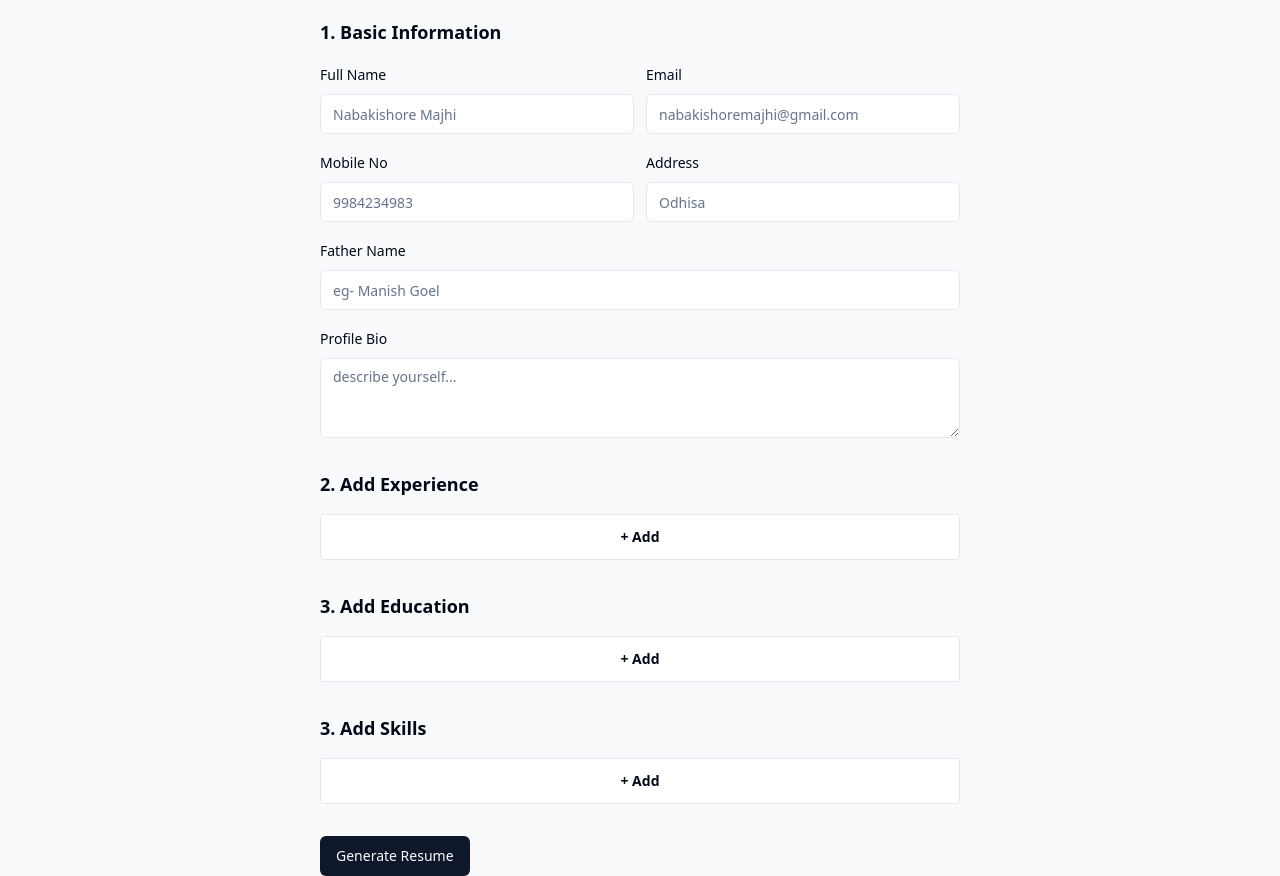
Repository: nickgoel31/resume-maker
Page: /create-resume
The author's editor kept a copy of each file at every save. The page is drawn from the files as they stood at one save, then again after a run of saves.
The browser window is 1280 px wide. The pictures show the whole page.
The project was rebuilt for these pictures with package versions that can differ from the ones it lists, and the page was loaded fresh each time. The framework's server and built-in components were replaced by stand-ins that run in the browser. Also part of the build but not shown: next.config.mjs, helpers/conver.ts, actions/generate-resume-pdf.ts.

Above is the page before, as saved 2024-03-19 20:12:31.

After the next 2 saves:
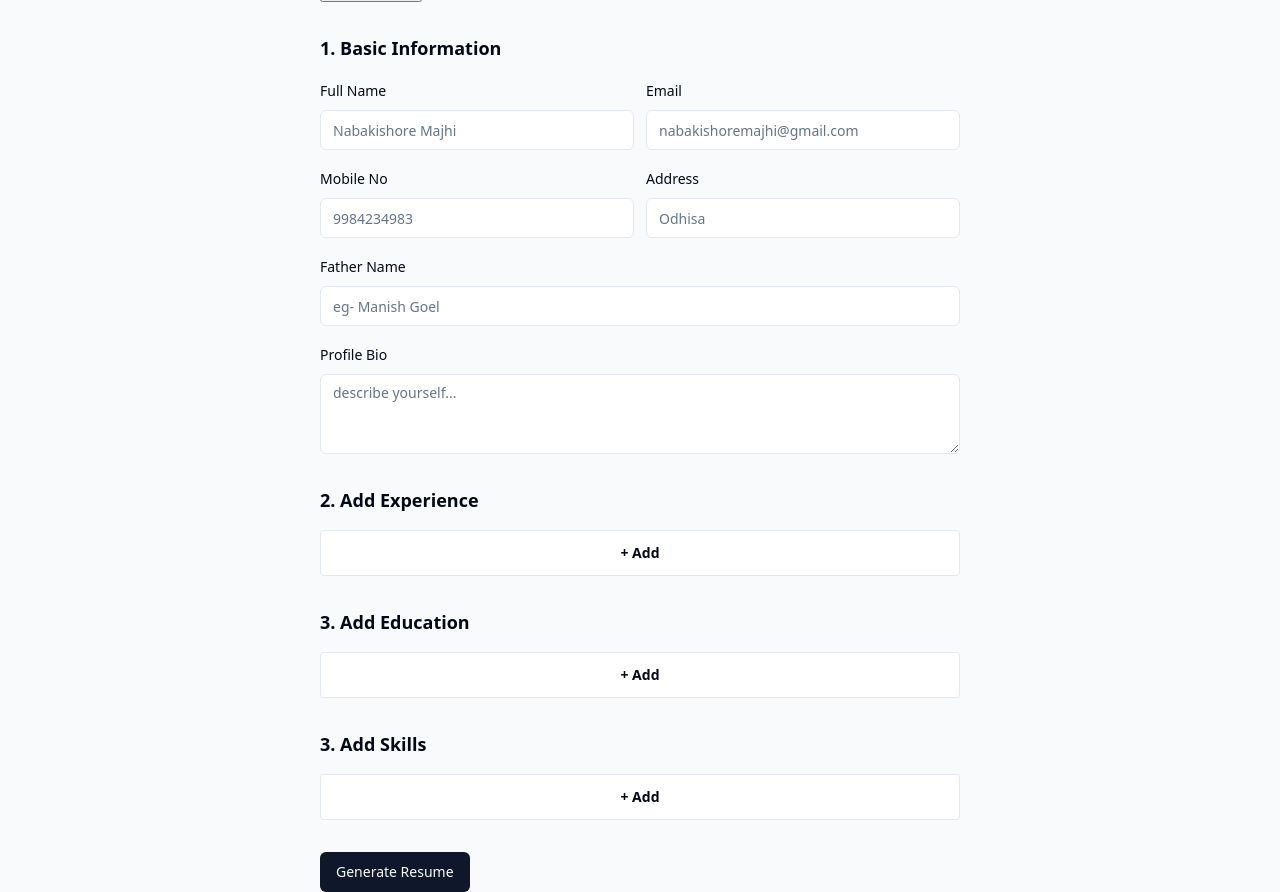
The 2 saves are shown as one change because they came seconds apart.
The last was saved 33 s later.
--- a/app/(main)/create-resume/page.tsx
+++ b/app/(main)/create-resume/page.tsx
@@ -154,6 +154,8 @@ const CreateResumePage = () => {
             <h1 className='font-bold text-3xl'>Create Resume</h1>
         </div>
 
+        <image />
+
         <div className="w-full max-w-screen-sm space-y-4">
             <h3 className="text-semibold font-semibold text-lg">Profile Picture</h3>
             <div className="flex items-center gap-3 w-full ">
